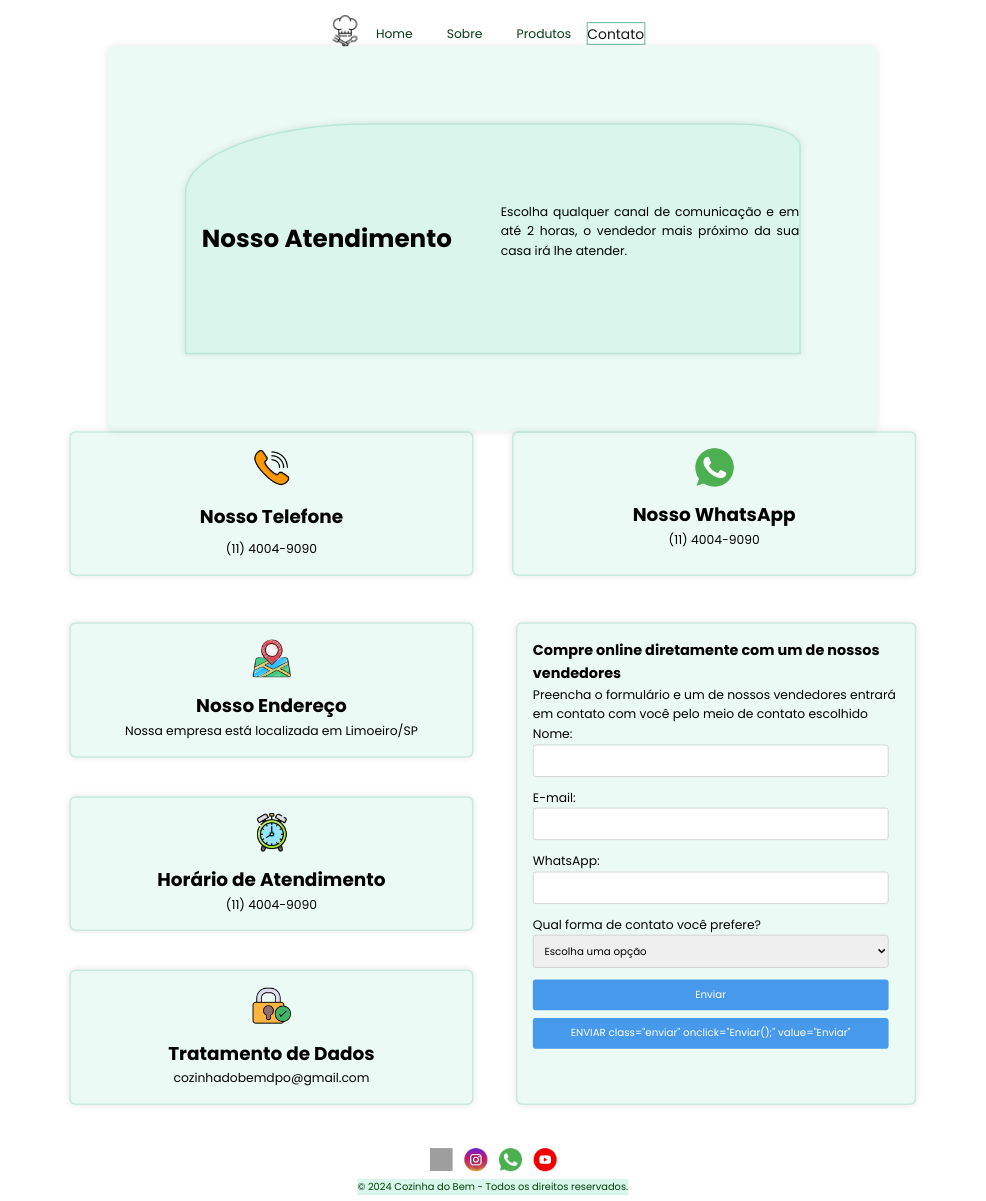
Repository: Thalia-Nataly/Cozinha-do-Bem-Proz
Page: contato.html
An editor plug-in stored every save of this project. The page is shown before and after a run of saves, followed by the edit.
The browser window is 1280 px wide. The pictures show the whole page, at 77% of full size.
Pictures or frames that could not be fetched are drawn as grey boxes.

Above is the page before, as saved 2024-08-25 19:21:10.

### contato.html
<!DOCTYPE html>
<html lang="pt-br">
<head>
    <meta charset="UTF-8">
    <meta name="viewport" content="width=device-width, initial-scale=1.0">
    <title>Contato</title>
    <link rel="icon" href="Imagens/favicon.jpg" type="image/jpg">
    <!-- CSS -->
    <link rel="stylesheet" href="css/stylegeral.css">
    <!-- JS -->
    <script src="js/menu.js" defer></script>
    <!-- Google Fonts -->
    <link rel="preconnect" href="https://fonts.googleapis.com">
    <link rel="preconnect" href="https://fonts.gstatic.com" crossorigin>
    <link href="https://fonts.googleapis.com/css2?family=Poppins:wght@100;200;300;400;500;600;700;800;900&display=swap" rel="stylesheet">
</head>
<body>
    <!-- Topo -->
    <a id="top"></a>

    <!-- Cabeçalho -->
    <header id="header">
       <div class="interface">
            <section class="logo">
                <img class="logo-branca" src="Imagens/logo.jpg" alt="Logo">
                <img class="logo-preto" src="Imagens/logo.jpg" alt="Logo">
            </section>
            <section class="menu-desktop">
                <nav>
                    <ul>
                        <li><a href="home.html">Home</a></li>
                        <li><a href="sobre.html">Sobre</a></li>
                        <li><a href="produtos.html">Produtos</a></li>
                    </ul>
                </nav>
            </section>
            <section class="btn-contato">
                <a href="contato.html">
                    <button>Contato</button>
                </a>
            </section>
        </div>
    </header>

    <!-- Main -->
    <main>
        <div class="main-content">
            <div class="box-conteiners">
                <div class="box-content">
                    <h1>Nosso Atendimento</h1>
                    <p><span>Escolha qualquer canal de comunicação e em até 2 horas, o vendedor mais próximo da sua casa irá lhe atender.</span></p>
                </div>
            </div>
        </div>

        <!-- Seções de Contato -->
        <div class="contact-container">
            <!-- Contêiner que contém o telefone e o WhatsApp -->
            <div class="contact-info-container">
                <div class="contact-info">
                    <div class="contact-box phone-box">
                        <img src="Imagens\telefone.png" alt="Ícone de Telefone" class="contact-icon">
                        <h2>Nosso Telefone</h2>
                        <p>(11) 4004-9090</p>
                    </div>
                    <div class="contact-box whatsapp-box">
                        <img src="Imagens\whatsapp_2504845.png" alt="Ícone de whatsapp" class="contact-icon">
                        <h2>Nosso WhatsApp</h2>
                        <p>(11) 4004-9090</p>
                    </div>
                </div>
            </div>

            <!-- Contêiner que contém os detalhes de contato e o formulário -->
            <div class="contact-details-form-container">
                <!-- Detalhes de contato -->
                <div class="contact-details">
                    <div class="contact-box">
                        <img src="Imagens\localização.png" alt="Ícone de Endereço" class="contact-icon">
                        <h2>Nosso Endereço</h2>
                        <p>Nossa empresa está localizada em Limoeiro/SP</p>
                    </div>
                    <div class="contact-box">
                        <img src="Imagens\horario.png" alt="Ícone de Relógio" class="contact-icon">
                        <h2>Horário de Atendimento</h2>
                        <p>(11) 4004-9090</p>
                    </div>
                    <div class="contact-box">
                        <img src="Imagens\cadeado.png" alt="Ícone de Cadeado" class="contact-icon">
                        <h2>Tratamento de Dados</h2>
                        <p>cozinhadobemdpo@gmail.com</p>
                    </div>
                </div>

                <!-- Formulário -->
                <div class="form-container">
                    <form>
                        <h3>Compre online diretamente com um de nossos vendedores</h3>
                        <p>Preencha o formulário e um de nossos vendedores entrará em contato com você pelo meio de contato escolhido </p>
                        <label for="nome">Nome: </label>
                        <input type="text" name="nome" id="nome" required>
                        <label for="email">E-mail: </label>
                        <input type="email" name="email" id="email" required>
                        <label for="tel">WhatsApp: </label>
                        <input type="tel" name="tel" id="tel" required>
                        <label for="contact-preference">Qual forma de contato você prefere?</label>
                        <select id="contact-preference" name="contact-preference" required>
                            <option value="" disabled selected>Escolha uma opção</option> <!-- Opção vazia que obrigará o usuário a escolher uma das opções abaixo -->
                            <option value="call">Ligação</option>
                            <option value="whatsapp">Mensagem no WhatsApp</option>
                        </select>

                        <button type="submit">Enviar</button>
                        <button type="submit">ENVIAR class="enviar" onclick="Enviar();" value="Enviar"</button>
                    </form>
                </div>
            </div>
        </div>
    </main>

    <!-- Rodapé -->
    <footer>
        <nav>
            <div class="footer-link">
                <a href="home.html" class="footer-logo">Cozinha do Bem</a>
            </div>
            <div class="social-links">
                <a href="https://www.facebook.com/" target="_blank" rel="noopener noreferrer">
                    <img src="Imagens/social_13051757.png" alt="Facebook"></a>
                <a href="https://www.instagram.com/" target="_blank" rel="noopener noreferrer">
                    <img src="Imagens/instagram_4494489.png" alt="Instagram"></a>
                <a href="https://wa.me/5544332156489" target="_blank" rel="noopener noreferrer">
                    <img src="Imagens/whatsapp_2504845.png" alt="Whatsapp"></a>
                <a href="https://www.youtube.com/" target="_blank" rel="noopener noreferrer">
                    <img src="Imagens/youtube_4494485.png" alt="Youtube"></a>
            </div>
            <p class="copyright">© 2024 Cozinha do Bem - Todos os direitos reservados.</p>
        </nav>
    </footer>
    <a href="#top" class="back-to-top">Voltar ao topo</a>
</body>
</html>

### css/stylegeral.css
/*reset*/
* {
    margin: 0;
    padding: 0;
    box-sizing: border-box;
    font-family: "Poppins", sans-serif;
}

/*----------------------------------------------------------------*/
/*media queries para ajustar o layout em diferentes tamanhos de tela.*/
@media (max-width: 768px) {
    .menu-desktop {
        display: none;
    }

    .menu-mobile {
        display: block;
    }
}

/*----------------------------------------------------------------*/
body {
    background-repeat: no-repeat, repeat;
    background-attachment: scroll, fixed;
    background-size: cover;
    line-height: 1.6;
    margin: 0;
    padding: 0;
    box-sizing: border-box;

}



/*----------------------------------------------------------------*/

/*PRODUTOS */
/* Cabeçalho */

main {

    margin-top: 60px;
}

.main-content {
    width: 1000%;
    max-width: 1000px;
    margin: 0 auto;
    padding: 80px;
    font-family: Arial, sans-serif;
    box-shadow: 0 0 10px rgba(0, 0, 0, 0.1);
    background-color: rgba(122, 223, 189, 0.153);
    border-radius: 8px;
}

.main-content h1 {
    margin-bottom: 20px;
    padding: 50px;

}

.main-content h3 {
    margin-top: 20px;
    margin-bottom: 10px;
}

.main-content p {
    margin-bottom: 20px;
}

.main-content ul {
    margin-bottom: 20px;
}

.main-content ul li {
    margin-bottom: 10px;
}

.main-content img {
    display: block;
    margin: 10px 0;
}



/* Main */
.content-container {
    display: flex;
    align-items: flex-start;
    gap: 15px;
    max-width: 1000px;
    margin-bottom: 50px;
    padding: 20px;
}

.text-box1 .text-box2 .text-box3 {
    border-radius: 8px;
    padding: 20px;
    box-sizing: border-box;
    max-width: 2000px;
    height: 650px;
}

.text-box1 {
    background-color: #aae5e8;
    flex: 1;
}

.text-box2 {
    background-color: #dbaaa3;
    flex: 1;
}

.text-box3 {
    background-color: #f7e7b2;
    flex: 1;
}

.image-box {
    flex: 1;
    max-width: 300px;
    height: 300px;
}

.image-right img {
    float: right;
    width: 200px;
    height: 200px;
}

.image-box img {
    width: 98%;
    height: 98%;
    border-radius: 8px;
    box-shadow: #000000;
    align-content: center;
}

.chips-container {
    background-color: #aae5e8;
    border-radius: 1%;
}

.arroz-container {
    background-color: #dbaaa3;
    border-radius: 1%;
}

.pizza-container {
    background-color: #f7e7b2;
    border-radius: 1%;
}

/*----------------------------------------------------------------*/
/* Formulário produto*/
.form-container {
    background-color: #7ad4ed24;
    border: 1px solid #ddd;
    border-radius: 8px;
    padding: 20px;
    box-shadow: 0 4px 8px rgba(0, 0, 0, 0.1);
    max-width: 1000px;
    margin: 0 auto;
    display: block;
    margin-top: 50px;
}

.form-container input,
.form-container button {
    display: block;
    width: 97%;
    margin-bottom: 10px;
    padding: 10px;
    border-radius: 4px;
    border: 1px solid #ddd;
    box-sizing: border-box;
}

.form-container button {
    background-color: #4799eb;
    color: #fff;
    border: none;
    cursor: pointer;
}

.form-container button:hover {
    background-color: #0056b3;
}


/*----------------------------------------------------------------*/


/* Footer GERAL */
footer {
    align-items: center;
    text-align: center;
    list-style: none;
}

.footer-logo {
    font-size: 24px;
    font-weight: bold;
    text-decoration: none;
    color: #ffffff;
}

.footer-logo:hover {
    color: #000000;
}


footer {
    background-color: transparent;
    padding: 8px;
    text-align: center;
}

footer nav {
    display: flex;
    flex-direction: column;
    align-items: center;
}

footer .footer-link {
    margin-bottom: 10px;
}

footer .social-links {
    display: flex;
    gap: 15px;
    margin-bottom: 10px;
}

footer .social-links a {
    text-decoration: none;
    color: #ffffff;
}

footer .social-links img {
    width: 30px;
    height: 30px;
    vertical-align: middle
}

footer .redes {
    display: flex;
    gap: 15px;
    margin-bottom: 10px;
}

ul.redes img {
    width: 30px;
    height: 30px;
    vertical-align: middle;
    list-style-type: none;
}


footer .social-links a:hover {
    color: #000000;
}

footer p {
    font-size: 0.8em;
    color: #ffffff;
    margin-top: 0;
}

.copyright {
    align-items: center;
    text-align: center;
    background-color: rgba(122, 223, 189, 0.293);
    color: rgb(3, 64, 5);
}

/*----------------------------------------------------------------*/

/* Botão "Voltar ao topo" */
.back-to-top {
    position: fixed;
    bottom: 10px;
    bottom: 33px;
    right: 20px;
    background-color: #ffffff;
    color: #0ba22f;
    padding: 10px;
    border-radius: 8px;
    text-decoration: none;
    font-size: 14px;
    box-shadow: 0 2px 4px rgba(0, 0, 0, 0.2);
    z-index: 1000;
    border: 2px solid #047110;

}

.back-to-top:hover {
    background-color: #047110;
    color: #ffffff;
}

/*----------------------------------------------------------------*/
/* Home video*/


.banner {
    width: 100%;
    height: 98vh;
    overflow: hidden;
    display: flex;
    justify-content: center;
    align-items: center;
}

.banner video {
    position: fixed;
    top: 0;
    left: 0;
    object-fit: cover;
    width: 100%;
    height: 98vh;
    z-index: -1;

}

/*----------------------------------------------------------------*/

/*navbar*/
.interface {
    max-width: 1280px;
    margin: 0 auto;
}

header .btn-contato button:hover {
    background-color: #078d07;
    color: #ffffff;
    transition: all 0.3s ease-in-out;
}

.menu-desktop nav a:hover {
    transform: scale(1.05);
}

/* Estilo do Header */
header {
    width: 100%;
    padding: 20px 0;
    position: fixed;
    top: 0;
    left: 0;

    transition: .5s;
    z-index: 5;
}

header .interface {
    display: flex;
    justify-content: center;
    align-items: center;
    background-color: transparent;

}

header .logo img {
    max-width: 40px;


}

/* ---------------------------------------------------------------- */
/* Estilo do Menu */

header .logo img.logo-preto {
    display: none;
}

header .menu-desktop nav ul {
    list-style-type: none;
}

header .menu-desktop nav ul li {
    display: inline-block;
    margin: 0 20px;
}

header .menu-desktop nav ul li a {
    color: #033915;
    text-decoration: none;
    display: inline-block;
    transition: .2s;
}

.menu-desktop nav a:hover {
    transform: scale(1.05);
}

header .btn-contato,
button .botaosaiba button {
    width: 90px;
    height: 4%;
}

header .btn-contato button,
.hero-site button,
.botaosaiba button {
    font-size: 18px;
    background-color: transparent;
    border: 1px solid #038d5acb;
    color: #171616;
    cursor: pointer;
    transition: .5s;
}

header .btn-contato button:hover,
.hero-site button:hover {
    background-color: #165850;
    color: #fbfffd;

}

header.rolar {
    background-color: #02484691;
    padding: 10px 0;
    box-shadow: 0 0 8px #0bb8a772;

}

header.rolar .menu-desktop nav ul li a {
    color: #ffffff;
}

header.rolar .btn-contato button:hover {
    background-color: #036047;
    color: #ebf5f4;
}

header.rolar .logo img.logo-branca {
    display: none;
}

header.rolar .logo img.logo-preto {
    display: block;
}

/*Hero-site*/
section.hero-site {
    height: 98vh;
    color: black;
}

.hero-site .interface {
    display: flex;
    align-items: center;
    height: 100%;
    margin: 0 auto;
}

.hero-site .txt-hero {
    background-color: rgba(122, 223, 189, 0.153);
    border-top-right-radius: 20%;
    border-top-left-radius: 20%;
}

.hero-site .txt-hero h1 {
    font-size: 4em;
    font-weight: 200;
}

.hero-site .txt-hero p {
    font-size: 20px;
    font-weight: 300;
    margin: 25px 0;
}

.hero-site .txt-hero p span {
    display: block;
}

.hero-site button,
.box-img button {
    width: 200px;
    height: 50px;
}

/* C O N T A T O    P Á G I N A   I N Í C I O*/
/* Contêiner principal de contato */
.contact-container {
    display: flex;
    flex-direction: column;
    align-items: center;
    gap: 20px; /* Espaço entre os elementos */
}


/* Contêiner que contém o telefone e o WhatsApp */
.contact-info-container {
    display: flex;
    justify-content: center;
    width: 100%;
    margin-bottom: 20px; /* Diminuir o espaço entre o WhatsApp e a linha de cima */
}

/* Ainhamento entre o telefone e o WhatsApp na mesma linha */
.contact-info {
    display: flex;
    gap: 50px; /* Espaçamento entre o telefone e WhatsApp */
}

/* Style para o telefone e o WhatsApp */
.contact-box {
    border-radius: 8px;
    padding: 20px; /* AAjustar o ícone e o texto */
    box-sizing: border-box;
    text-align: center;
    width: 525px; /* Ajustar a largura */
    background-color: rgba(122, 223, 189, 0.153);
    border: 2px solid #038d5a27;
    box-shadow: 0 0 10px rgba(0, 0, 0, 0.1);
}


/* Box telefone */
.phone-box {
    display: flex;
    flex-direction: column;
    align-items: center;
}

/* ícone telefone */
.contact-icon {
    width: 50px; /* Ajustar tamanho */
    height: auto;
    margin-bottom: 10px; /* Espaço entre a imagem e o texto */
}

/* Style para o título e o texto na caixa de telefone */
.phone-box h2 {
    margin: 10px 0;
}

.phone-box p {
    margin: 0;
}

/* Style para a caixa do WhatsApp */
.whatsapp-box {
    text-align: center;
}

/* Style para o contêiner de detalhes do contato e formulário */
.contact-details-form-container {
    display: flex;
    justify-content: space-between; /* Espaçamento automático para as colunas */
    width: 100%;
    max-width: 1100px; /* Largura máxima das colunas */
    margin-top: 20px; /* Espaço de cima contêiner */
}

/* Style para os detalhes de contato e formulário */
.contact-details, .form-container .form-produtos {
    display: flex;
    flex-direction: column;
    gap: 50px;
    width: 500px; /* Largura fixa para ambas as colunas (sem considerar o form) */
    box-sizing: border-box;
}

/* Style para o formulário */
.form-container
{
    margin-top: 10px; /* Diminuir o espaço entre o form e a linha de cima */
    height: auto; /* Altura do conteúdo */
    background-color: rgba(122, 223, 189, 0.153);
    border: 2px solid #038d5a27;
    box-shadow: 0 0 10px rgba(0, 0, 0, 0.1);
    border-radius: 8px;
    padding: 20px;
    max-width: 1000px;
    margin: 0 auto;
    display: block;
    margin-left: 80px; /* Adicionar espaço à esquerda do form */
}
.form-prodcontainer {
    width: 1000%;
    max-width: 1000px;
    margin: 0 auto;
    padding: 80px;
    font-family: Arial, sans-serif;
    box-shadow: 0 0 10px rgba(0, 0, 0, 0.1);
    background-color: rgba(122, 223, 189, 0.153);
    border-radius: 8px;
}
.form-produtos {
    margin-top: 10px; /* Diminuir o espaço entre o form e a linha de cima */
    height: auto; /* Altura do conteúdo */
    background-color: rgba(122, 223, 189, 0.153);
    border: 2px solid #038d5a27;
    box-shadow: 0 0 10px rgba(0, 0, 0, 0.1);
    border-radius: 8px;
    padding: 20px;
    max-width: 1000px;



}

/* Style dos campos de entrada e botão dentro do form */
.form-container input,
.form-container select,
.form-container button
.form-prodcontainer input,
.form-prodcontainer select
{
    display: block;
    width: 97%;
    margin-bottom: 15px;
    padding: 10px;
    border-radius: 4px;
    border: 1px solid #cccccc; /* Cor da borda dos campos */
    box-sizing: border-box;
}
.form-prodcontainer button{
    height:auto;
    width: 70px;
    margin-bottom: 15px;
    background-color: #4799eb;
    color: white;
    border: none;
    cursor: pointer;
    border-radius: 4px;
}

/* Estilo do botão dentro do form */
.form-container button
.form-prodcontainer  button {
    background-color: #ffffff;
    color: #047110;
    border: none;
    cursor: pointer;
    border: 2px solid #00000027;
}

.form-container button:hover
.form-prodcontainer form button:hover {
    background-color: #047110;
    color: #ffffff;
}



/*----------------------------------------------------------------*/
/* Boxes */
.box-img img {
    width: 200px;
    height: 200px;
}

.box-conteiners {

    padding: 20px;
    max-width: auto;
    height: auto;
    list-style-type: none;
    display: flex;
    justify-content: center;
    align-items: center;
    flex: wrap;



}


.box-content {

    width: 800px;
    height: 300px;
    background-color: rgba(122, 223, 189, 0.153);
    border: 2px solid #038d5a27;
    box-shadow: 0 0 10px rgba(0, 0, 0, 0.1);

    border-start-start-radius: 30%;
    border-start-end-radius: 10%;
    order: 1;
    display: flex;
    justify-content: center;
    align-items: center;
    flex: wrap;




}

.box-content h1 {
    width: 800px;
    display: flex;
    margin-top: 20px;
    align-self: center;
    padding: 20px;

}

.box-content p {
    width: 800px;
    text-align: justify;
    display: block;

    align-self: center;
    flex-direction: left;
}


.box-img {

    width: 250px;
    height: auto;
    align-self: center;
    padding: 20px;



}

.box-img img {
    border-radius: 20%;

}

.box-sobre {

    width: 800px;
    height: auto;
    padding: 20px;
    order: 1;
    border-end-end-radius: 10%;
    border-start-end-radius: 10%;



}

.botaosaiba {
    display: flex;
    align-self: center;
    flex-direction: center;
    order: 1;

}

### js/menu.js

//cor do menu mudar quando rolar p baixo//
let navBar = document.querySelector('#header');

document.addEventListener('scroll', ()=>{
    let scrollTop = window.scrollY;
    if(scrollTop > 0){
        navBar.classList.add('rolar');
    }else{
        navBar.classList.remove('rolar');
    }

} )

// botao voltar ao topo apenas aparecer quando rolar p baixo//
window.onscroll = function() {
    var topButton = document.querySelector('.back-to-top');
    if (document.body.scrollTop > 20 || document.documentElement.scrollTop > 20) {
        topButton.style.display = "block";
    } else {
        topButton.style.display = "none";
    }
};

// formulario de contato//
function Enviar() {

    var nome = document.getElementById("nomeid");

    if (nome.value != "") {
        alert('Obrigado sr(a) ' + nome.value + ' os seus dados foram encaminhados com sucesso');
    }

}

After the next 2 saves:
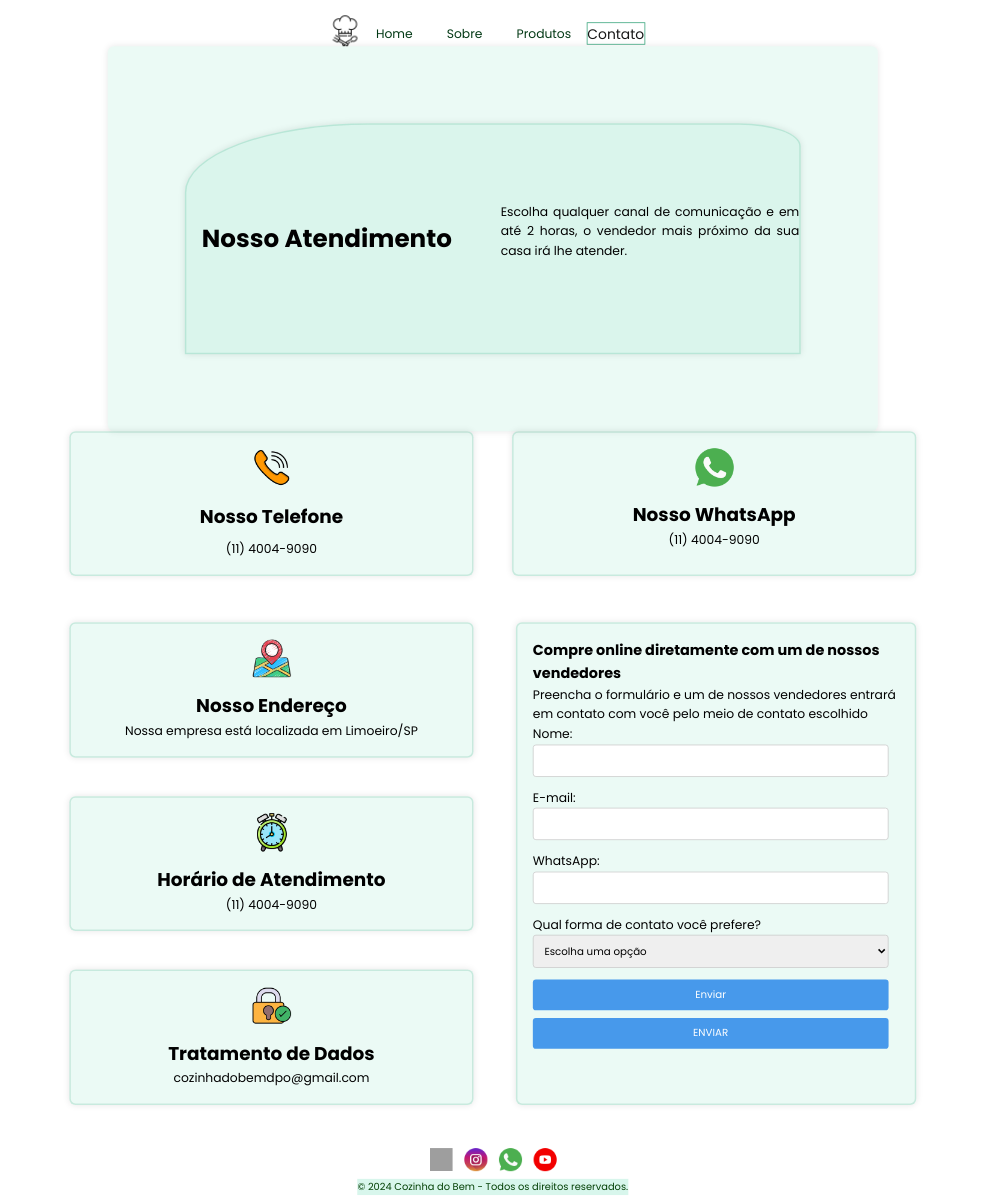
The 2 saves are shown as one change because they came seconds apart.
The last was saved 14 s later.
--- a/contato.html
+++ b/contato.html
@@ -111,7 +111,7 @@
                         </select>
 
                         <button type="submit">Enviar</button>
-                        <button type="submit">ENVIAR class="enviar" onclick="Enviar();" value="Enviar"</button>
+                        <button type="submit" class="enviar" onclick="Enviar();" value="Enviar">ENVIAR </button>
                     </form>
                 </div>
             </div>
